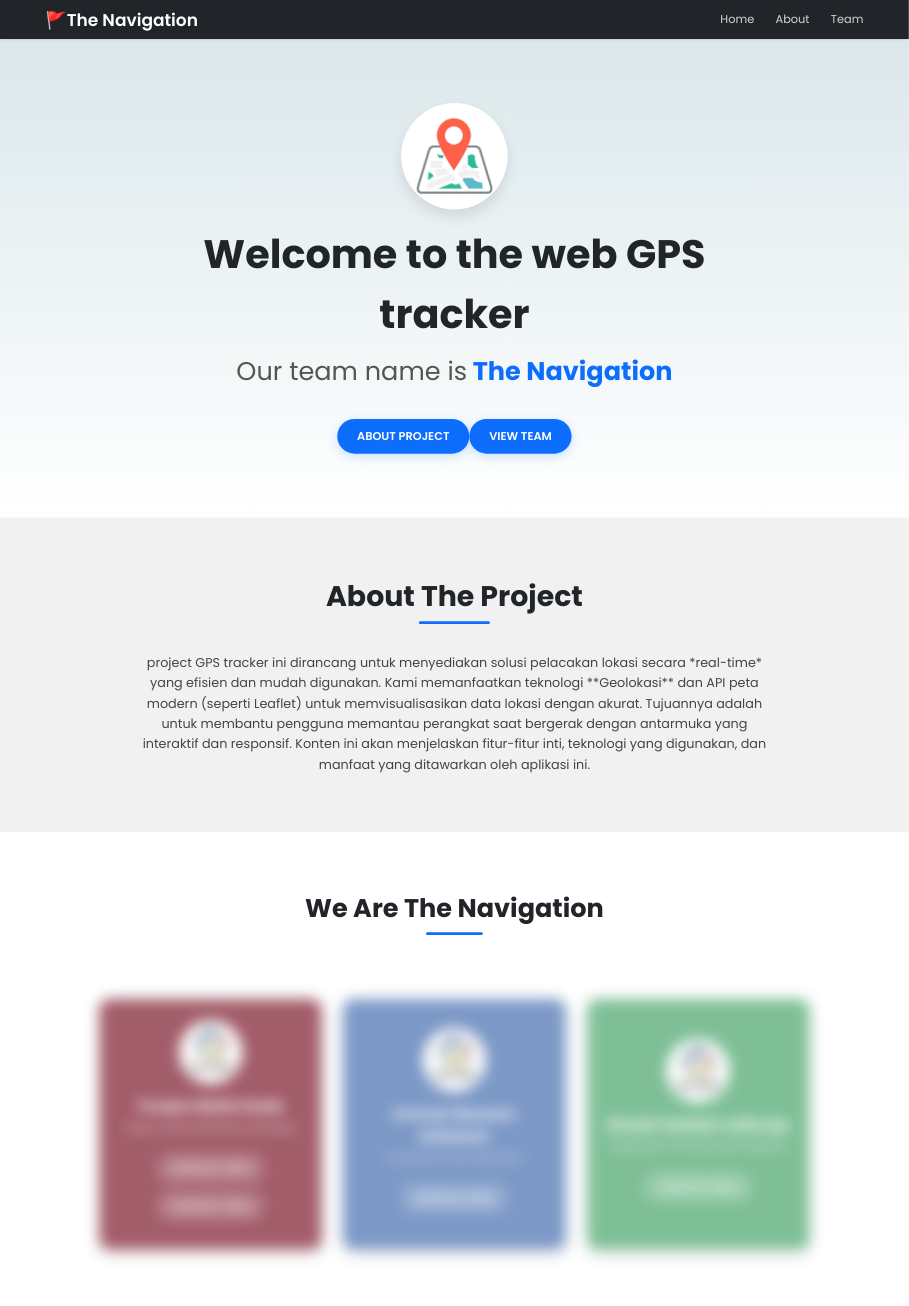
Repository: ammarsetiawan/gps-traker
Page: about.html
The author's editor kept a copy of each file at every save. The page is drawn from the files as they stood at one save, then again after a run of saves.
The browser window is 1280 px wide. The pictures show the whole page, at 71% of full size.
The pointer rests on the first visible `.cards`.

Above is the page before, as saved 2025-11-27 16:54:02.

### about.html
<!DOCTYPE html>
<html lang="en">

<head>
    <meta charset="UTF-8">
    <meta name="viewport" content="width=device-width, initial-scale=1.0">
    <title>GPS Tracking - The Navigation</title>
    <link rel="stylesheet" href="https://unpkg.com/leaflet/dist/leaflet.css" />
    <link href="https://fonts.googleapis.com/css2?family=Poppins:wght@300;400;600;700&display=swap" rel="stylesheet">

    <style>
        :root {
            --primary-color: #0d6efd;
            --secondary-color: #0b5ed7;
            --dark-color: #212529;
            --light-color: #ffffff;
            --background-light: #f1f1f1;
            --red-card: #cf2141;
            --blue-card: #3b82f6;
            --green-card: #22c55e;
            --font-family: 'Poppins', sans-serif;
        }

        /* 🔄 Global Reset & Body */
        * {
            margin: 0;
            padding: 0;
            box-sizing: border-box;
            scroll-behavior: smooth;
        }

        body {
            font-family: var(--font-family);
            background: var(--light-color);
            padding-top: 55px;
            scroll-padding-top: 55px;
            transition: all 0.3s ease;
        }

        /* 🚀 NAVBAR */
        nav {
            background-color: var(--dark-color);
            height: 55px;
            display: flex;
            align-items: center;
            padding: 0 5%;
            position: fixed;
            width: 100%;
            top: 0;
            box-shadow: 0 2px 4px rgba(0, 0, 0, 0.1);
            z-index: 1000;
        }

        nav .brand {
            font-size: 24px;
            font-weight: 600;
            color: var(--light-color);
        }

        nav ul {
            list-style: none;
            display: flex;
            gap: 30px;
            margin-left: auto;
        }

        nav ul li a {
            text-decoration: none;
            color: rgba(255, 255, 255, 0.8);
            font-size: 16px;
            font-weight: 400;
            transition: 0.3s ease;
            position: relative;
            padding-bottom: 5px;
        }

        nav ul li a:hover {
            color: var(--light-color);
        }

        nav ul li a::after {
            content: '';
            position: absolute;
            width: 0;
            height: 2px;
            display: block;
            margin-top: 5px;
            right: 0;
            background: var(--primary-color);
            transition: width 0.3s ease;
        }

        nav ul li a:hover::after {
            width: 100%;
            left: 0;
            right: auto;
        }

        /* 🏠 Hero Section */
        .background {
            background: linear-gradient(to bottom, rgba(73, 136, 155, 0.2), rgba(92, 92, 88, 0));
            min-height: calc(100vh - 55px);
            padding: 50px 0;
            position: relative;
        }

        .container {
            height: 100%;
            display: flex;
            justify-content: center;
            align-items: center;
            padding: 0 5%;
        }

        .sub-container {
            padding: 40px 20px;
            text-align: center;
            max-width: 800px;
            margin: 0 auto;
        }

        .card-icons {
            width: 150px;
            height: 150px;
            display: flex;
            justify-content: center;
            align-items: center;
            margin: 0 auto 20px auto;
            border-radius: 50%;
            background: var(--light-color);
            box-shadow: 0 10px 20px rgba(0, 0, 0, 0.1);
            overflow: hidden;
        }

        .card-icons img {
            max-width: 80%;
            max-height: 80%;
            object-fit: contain;
        }

        .font-home {
            font-size: clamp(30px, 5vw, 56px);
            font-weight: 700;
            display: block;
            margin-bottom: 10px;
            color: var(--dark-color);
        }

        .font {
            display: flex;
            justify-content: center;
            align-items: center;
            font-size: clamp(20px, 3vw, 36px);
            font-weight: 400;
            color: #555;
            margin-bottom: 40px;
        }

        .font span {
            color: var(--primary-color);
            font-weight: 700;
            margin-left: 8px;
        }

        .button-group {
            display: flex;
            justify-content: center;

        }

        /* Tombol Utama */
        .btn-custom {
            gap: 20px;
            display: inline-block;
            background-color: var(--primary-color);
            color: var(--light-color);
            padding: 12px 28px;
            border: none;
            border-radius: 50px;
            font-size: 16px;
            cursor: pointer;
            font-weight: 600;
            box-shadow: 0 4px 15px rgba(0, 110, 255, 0.2);
            transition: all 0.3s ease;
            text-decoration: none;
            text-transform: uppercase;
        }

        .btn-custom:hover {
            background-color: var(--secondary-color);
            transform: translateY(-3px);
            box-shadow: 0 8px 20px rgba(0, 110, 255, 0.3)
        }

        .btn-custom:active {
            background-color: #0a58ca;
            transform: translateY(0);
        }

        /* 📖 About Section */
        .background-page2 {
            background-color: var(--background-light);
            padding: 80px 5%;
            min-height: 400px;
        }

        .about-content {
            text-align: center;
            max-width: 900px;
            margin: 0 auto;
        }

        .about-project {
            font-size: clamp(30px, 4vw, 40px);
            font-weight: 700;
            color: var(--dark-color);
            position: relative;
            display: inline-block;
            margin-bottom: 20px;
        }

        .about-project::after {
            content: '';
            position: absolute;
            bottom: -10px;
            left: 50%;
            transform: translateX(-50%);
            width: 100px;
            height: 4px;
            background-color: var(--primary-color);
            border-radius: 2px;
        }

        .text-about {
            margin-top: 30px;
            font-size: 18px;
            line-height: 1.6;
            color: #444;
            min-height: 100px;
        }


        .background-page3 {
            padding: 80px 5%;

            min-height: 500px;
            text-align: center;
        }

        .team {
            font-size: clamp(28px, 3.5vw, 36px);
            font-weight: 700;
            position: relative;
            display: inline-block;
            margin-bottom: 20px;
            color: var(--dark-color);
        }

        .team::after {
            content: '';
            position: absolute;
            bottom: -10px;
            left: 50%;
            transform: translateX(-50%);
            width: 80px;
            height: 4px;
            background-color: var(--primary-color);
            border-radius: 2px;
        }



        .cards {
            position: relative;
            top: 50px;
            display: grid;
            grid-template-columns: repeat(auto-fit, minmax(280px, 1fr));
            gap: 30px;
            max-width: 1000px;
            margin: 0 auto;
            padding-bottom: 50px;

        }

        .cards .card {

            display: flex;
            align-items: center;
            justify-content: center;
            flex-direction: column;
            text-align: center;
            padding: 30px 20px;
            min-height: 280px;
            border-radius: 15px;
            color: var(--light-color);
            cursor: pointer;
            transition: all 0.4s ease;
            box-shadow: 0 10px 20px rgba(0, 0, 0, 0.1);
            position: relative;
        }

        /* Definisi Warna Kartu */
        .cards .red {
            background-color: var(--red-card);
        }

        .cards .blue {
            background-color: var(--blue-card);
        }

        .cards .green {
            background-color: var(--green-card);
        }


        .cards .card img {
            width: 90px;
            height: 90px;
            border-radius: 50%;
            margin-bottom: 15px;
            object-fit: cover;
            border: 4px solid var(--light-color);
        }

        .cards .card .tip {
            font-size: 1.3em;
            font-weight: 700;
            margin-bottom: 5px;
        }

        .cards .card .second-text {
            font-size: .9em;
            font-weight: 300;
            margin-bottom: 25px;

        }

        .cards .card .btn-custom {
            padding: 10px 20px;
            font-size: 15px;
            background-color: rgba(255, 255, 255, 0.2);
            box-shadow: none;
            border-radius: 20px;
            margin-bottom: 10px;
        }

        .cards .card .btn-custom:hover {
            background-color: rgba(0, 0, 0, 0.4);
            transform: none;
        }


        .cards .card:hover {
            transform: translateY(-10px);
            box-shadow: 0 15px 30px rgba(0, 0, 0, 0.2);
        }

        /* Efek blur pada kartu lain saat hover */
        .cards:hover>.card:not(:hover) {
            filter: blur(10px) grayscale(50%);
            opacity: 0.8;
            transform: none;
        }


        #menuBtn {
            margin-left: auto;
            background: transparent;
            border: none;
            padding: 5px;
            cursor: pointer;
            display: none;

        }

        #menuBtn div {
            width: 25px;
            height: 3px;
            background-color: var(--light-color);
            margin: 4px 0;
            transition: 0.3s;
            border-radius: 2px;
        }

        /* 📱 MEDIA QUERY: Mobile/Tablet */
        @media (max-width: 768px) {
            .btn-custom {
                margin-bottom: 20px;
            }

            nav {
                padding: 0 3%;
            }

            nav ul {
                position: fixed;
                top: 55px;
                right: 0;
                background: var(--dark-color);
                width: 200px;
                flex-direction: column;
                padding: 15px;
                display: none;
                border-bottom-left-radius: 10px;
                z-index: 999;
                box-shadow: -2px 2px 5px rgba(0, 0, 0, 0.2);
                transform: translateX(100%);
                transition: transform 0.3s ease-out;
            }

            nav ul.show {
                display: flex;
                transform: translateX(0);
            }

            nav ul li a {
                padding: 10px 0;
                display: block;
                border-bottom: 1px solid rgba(255, 255, 255, 0.1);
            }

            #menuBtn {
                display: block;
            }

            .button-group {
                flex-direction: column;
                gap: 15px;
            }

            .btn-custom {
                width: 80%;
                margin: 0 auto;
            }

            /* Perbaikan fokus di mobile */
            .background-page3 {
                padding: 60px 3%;

            }

            .cards {
                grid-template-columns: 1fr;

                top: 30px;
            }
        }
    </style>
</head>

<body>

    <nav>
        <h2 class="brand">🚩The Navigation</h2>

        <button id="menuBtn">
            <div></div>
            <div></div>
            <div></div>
        </button>

        <ul id="menu">
            <li><a href="./index.html">Home</a></li>
            <li><a href="#about-section">About</a></li>
            <li><a href="#view-team">Team</a></li>
        </ul>
    </nav>

    <section class="background">
        <div class="container">
            <div class="sub-container">
                <div class="card-icons">


                    <img src="./png-clipart-gps-navigation-device-gps-tracking-unit-vehicle-tracking-system-icon-green-map-red-location-mark-map-logo-electronics-text-thumbnail-removebg-preview.png"
                        alt="">

                </div>

                <h2 class="font-home">Welcome to the web GPS tracker</h2>
                <div class="font">
                    Our team name is
                    <span class="font-arch">The Navigation</span>
                </div>

                <div class="button-group">
                    <a href="#about-section" class="btn-custom">
                        About Project
                    </a>
                    <a href="#view-team" class="btn-custom">
                        View Team
                    </a>
                </div>
            </div>
        </div>
        <footer>
        </footer>
    </section>

    <section class="background-page2" id="about-section">
        <div class="about-content">
            <h2 class="about-project">About The Project</h2>
            <p class="text-about">
                project GPS tracker ini dirancang untuk menyediakan solusi pelacakan lokasi secara *real-time* yang
                efisien dan mudah digunakan. Kami memanfaatkan teknologi **Geolokasi** dan API peta modern (seperti
                Leaflet) untuk memvisualisasikan data lokasi dengan akurat. Tujuannya adalah untuk membantu pengguna
                memantau perangkat saat bergerak dengan antarmuka yang interaktif dan responsif. Konten ini akan
                menjelaskan fitur-fitur inti, teknologi yang digunakan, dan manfaat yang ditawarkan oleh aplikasi ini.
            </p>
        </div>
    </section>

    <section class="background-page3" id="view-team">
        <div style="text-align: center; padding-bottom: 30px;">
            <h2 class="team">We Are The Navigation</h2>
        </div>

        <div class="cards">
            <div class="card red">
                <img src="data:[embedded picture, 6755 characters]"
                    alt="Furqon Nailul Huda Avatar">
                <p class="tip">Furqon Nailul Huda</p>
                <p class="second-text">Project Lead & Backend Developer</p>

                <a href="#" class="btn-custom">Contact Info</a>
                <a href="#" class="btn-custom">Contact Info</a>
            </div>
            <div class="card blue">
                <img src="data:[embedded picture, 6755 characters]"
                    alt="Ammar Bassam Setiawan Avatar">
                <p class="tip">Ammar Bassam Setiawan</p>
                <p class="second-text">Frontend & UI/UX Specialist</p>
                <a href="#" class="btn-custom">Contact Info</a>
            </div>
            <div class="card green">
                <img src="data:[embedded picture, 6755 characters]"
                    alt="Dhabit Abdilah Adibraja Avatar">
                <p class="tip">Dhabit Abdilah Adibraja</p>
                <p class="second-text">Database & Infrastructure Engineer</p>
                <a href="#" class="btn-custom">Contact Info</a>
            </div>
        </div>
    </section>


    <div id="content"></div>
    <script>
        const btn = document.getElementById("menuBtn");
        const menu = document.getElementById("menu");

        btn.addEventListener("click", () => {
            // Menggunakan class 'show' untuk menampilkan/menyembunyikan menu
            menu.classList.toggle('show');
        });

        // Menutup menu saat link di klik (khusus mobile)
        document.querySelectorAll('#menu a').forEach(link => {
            link.addEventListener('click', () => {
                // Hanya tutup jika tampilan adalah mobile (misalnya, jika menu ditampilkan sebagai dropdown)
                if (window.innerWidth <= 768) {
                    menu.classList.remove('show');
                }
            });
        });
    </script>

</body>

</html>

After the next 2 saves:
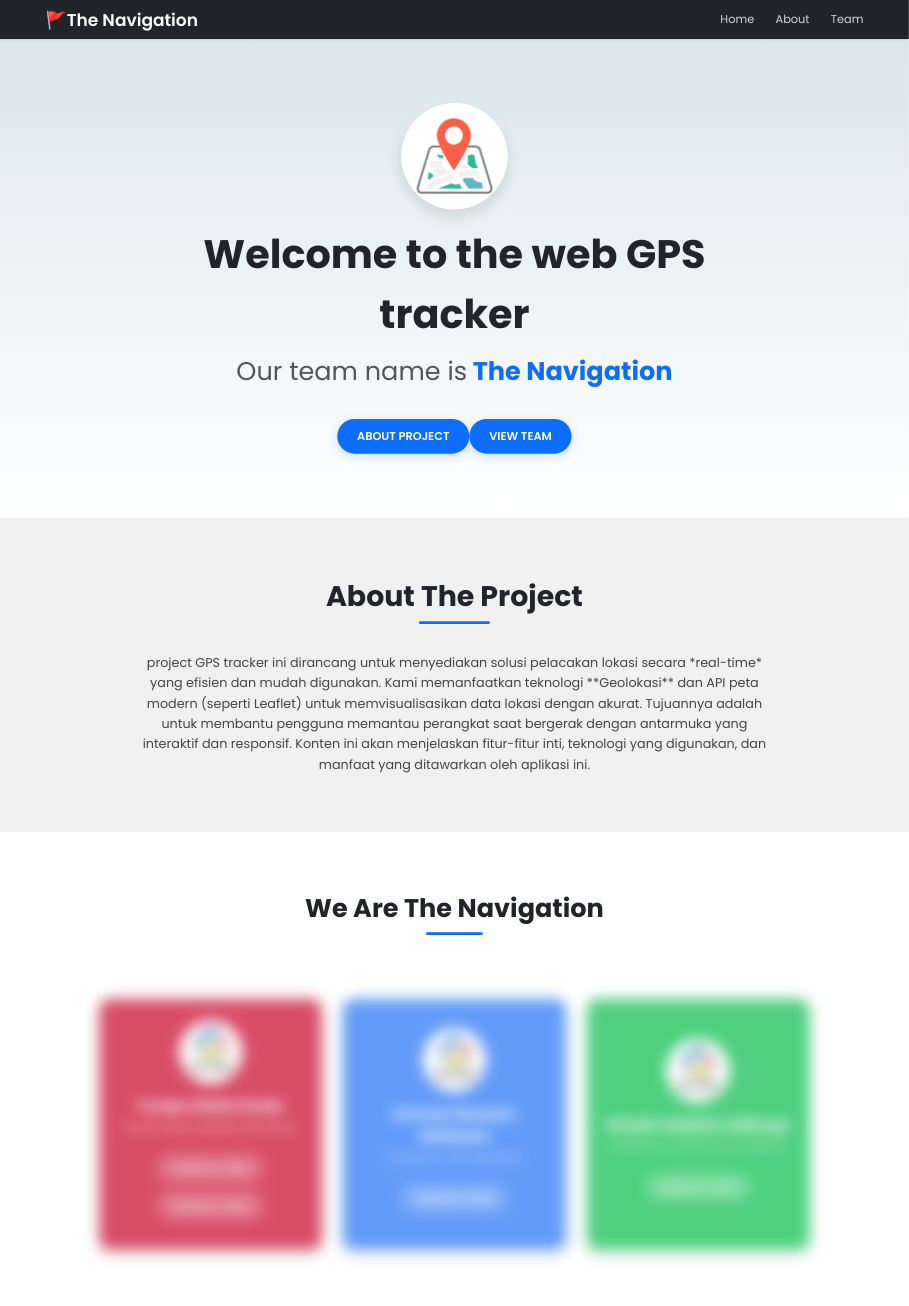
The 2 saves are shown as one change because they came seconds apart.
The last was saved 9 s later.
--- a/about.html
+++ b/about.html
@@ -357,7 +357,7 @@
 
         /* Efek blur pada kartu lain saat hover */
         .cards:hover>.card:not(:hover) {
-            filter: blur(10px) grayscale(50%);
+            filter: blur(10px);
             opacity: 0.8;
             transform: none;
         }
